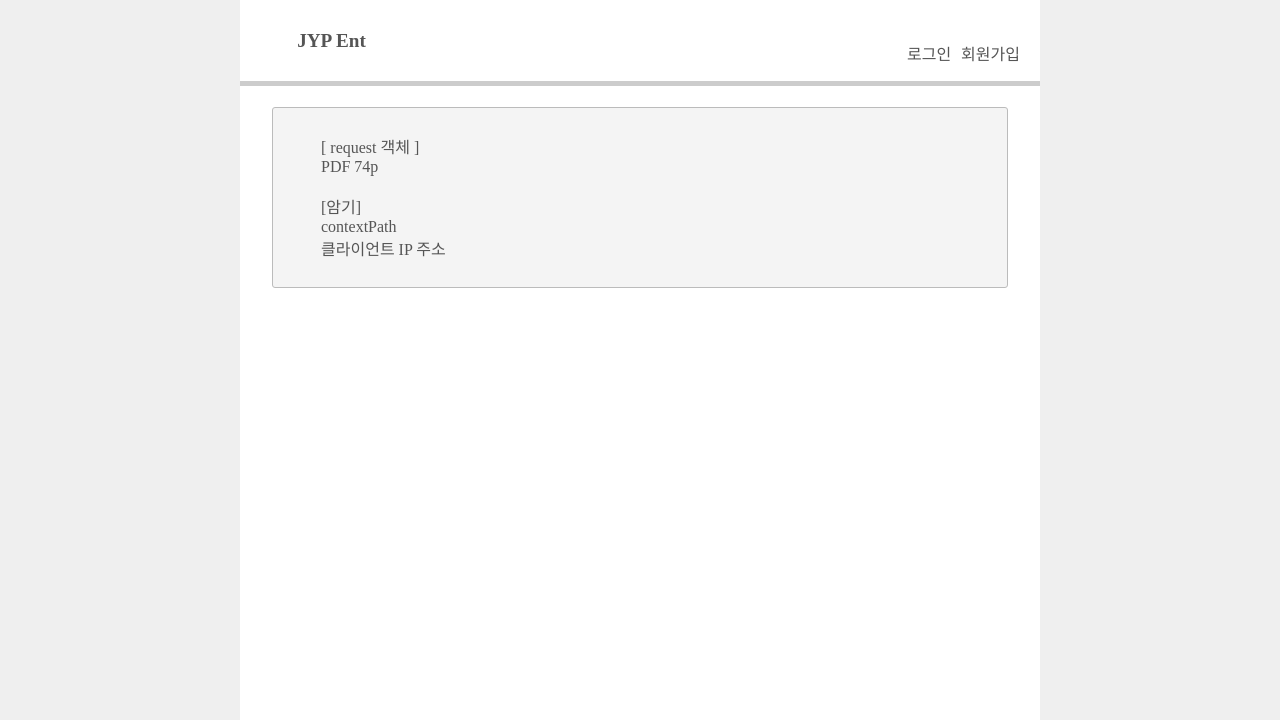
Repository: junyong231/JSP-SSIT
Page: http://localhost/jspPro/days03/ex04.jsp
These files come from the project's save history. The page is drawn as it stood at one moment and after the next save; the edit follows.
The browser window is 1280 px wide. The pictures show the whole page.
Some web fonts or font styles are not loaded; a fallback is used. The page is served by Tomcat 9.

Above is the page before, as saved 2024-10-17 05:33:09.

After the next save:
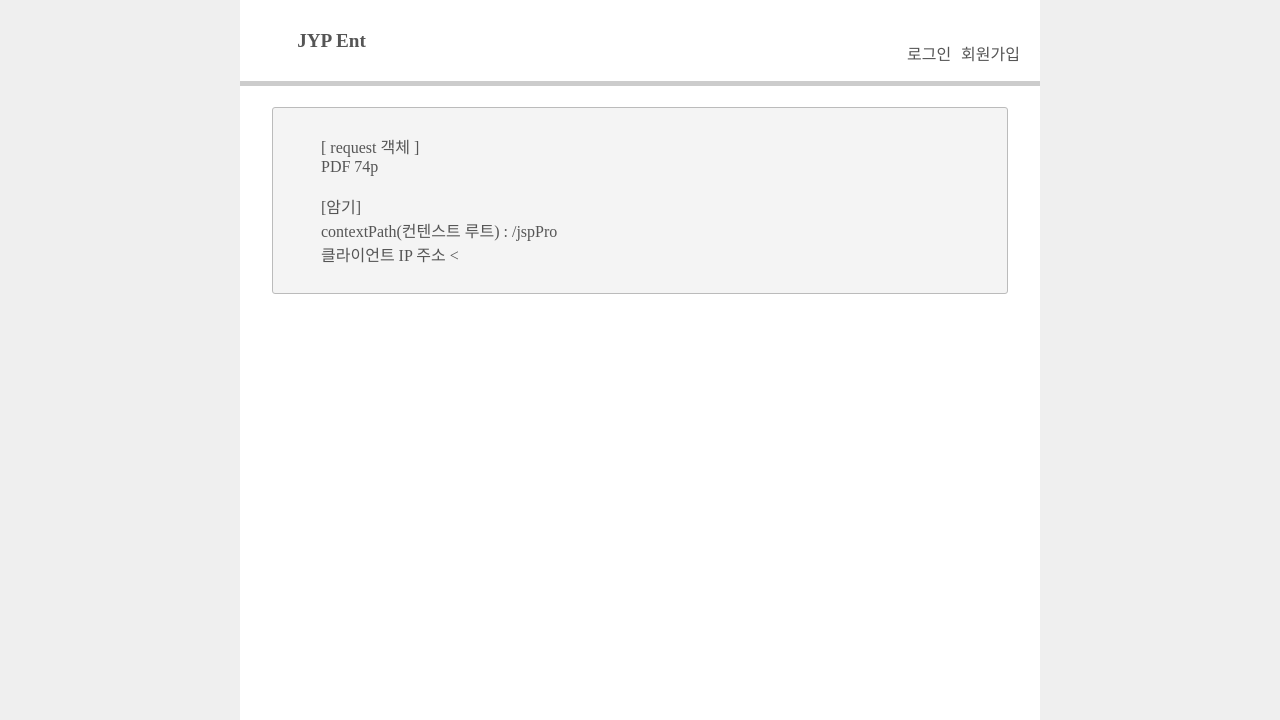
Saved 23 s later.
--- a/jspPro/src/main/webapp/days03/ex04.jsp
+++ b/jspPro/src/main/webapp/days03/ex04.jsp
@@ -30,8 +30,8 @@
     	PDF 74p
 
     	[암기]
-    	contextPath
-    	클라이언트 IP 주소
+    	contextPath(컨텐스트 루트) : <%= request.getContextPath() %>
+    	클라이언트 IP 주소 <
   </xmp>
 </div>
 </body>
